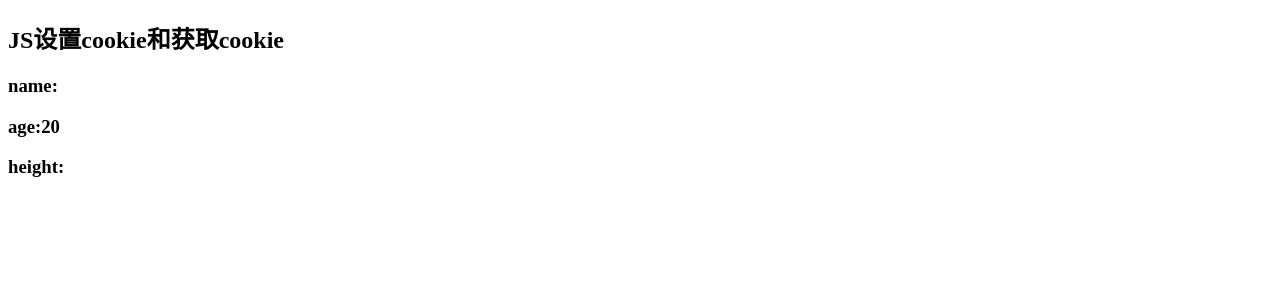
Repository: Gin1217/frontStudy
Page: html/js-cookie.html
The author's editor kept a copy of each file at every save. The page is drawn from the files as they stood at one save, then again after the next save.
The browser window is 1280 px wide. The pictures show the whole page.

Above is the page before, as saved 2021-03-21 23:36:35.

### html/js-cookie.html
<!DOCTYPE html>
<html lang="en">

<head>
    <meta charset="UTF-8">
    <meta http-equiv="X-UA-Compatible" content="IE=edge">
    <meta name="viewport" content="width=device-width, initial-scale=1.0">
    <title>JS设置cookie和获取cookie</title>
</head>

<body>
    <div id="app">
        <h2>JS设置cookie和获取cookie</h2>
        <h3>name:{{name}}</h3>
        <h3>age:{{age}}</h3>
        <h3>height:{{height}}</h3>
    </div>
    <script src="https://cdn.jsdelivr.net/npm/vue/dist/vue.js"></script>
    <script src="/js/js-cookie.js"></script>
    <script src="/js/getPageHeight.js"></script>
    <script>
        const app = new Vue({
            el: '#app',
            data: {
                name: '',
                age: 0,
                height: '',
            },
            created() {
                setCookie('name', 'hello word', 20 * 1000)
                setCookie('age',20)

                this.name = getCookie('name')
                this.age = getCookie('age')
                this.height = getCookie('height')
                console.log(getCookie(' name '))
                console.log(getCookie('age'))
                // console.log(getCookie('height'))
                console.log(getPageHeight('height'));
            },
        })
    </script>
</body>

</html>

### js/js-cookie.js
/**
 * 设置cookie值
 * setCookie(键，值，保存时长（毫秒）)
 * @param name cookie对应名字
 * @param value 该cookie对应的值
 * @param Hours
 */
 function setCookie(name, value, expire) {
    let date = new Date();
    date.setTime(Number(date) + expire);
    document.cookie = name + "=" + escape(value) + (expire == null ? "" : ";expires=" + date.toGMTString())
  }

  /**
   * JS获取Cookie
   * @param name cookie对应名字
   * @returns {string}
   */
  function getCookie (name) {
      if(document.cookie.length > 0) {
          start = document.cookie.indexOf(name + "=")//获取字符串起点
          if(start != -1) {
              start = start + name.length + 1//获取值的起点
              end = document.cookie.indexOf(";",start)//获取结尾处
              if(end == -1) end = document.cookie.length//如果是最后一个，结尾就是cookie字符串的结尾
              return decodeURI(document.cookie.substring(start, end))//获取字符串返回
          }

      }
  return ""
  }

### js/getPageHeight.js
/**
 * 获取⻚⾯⾼度
 * @returns {number} 返回对应⾼度数值
 */
 function getPageHeight(){
    var g = document, a = g.body, f = g.documentElement, d = g.compatMode == "BackCompat"
     ? a
     : g.documentElement;
    return Math.max(f.scrollHeight, a.scrollHeight, d.clientHeight);
    }
    console.log(getPageHeight());

After the next save:
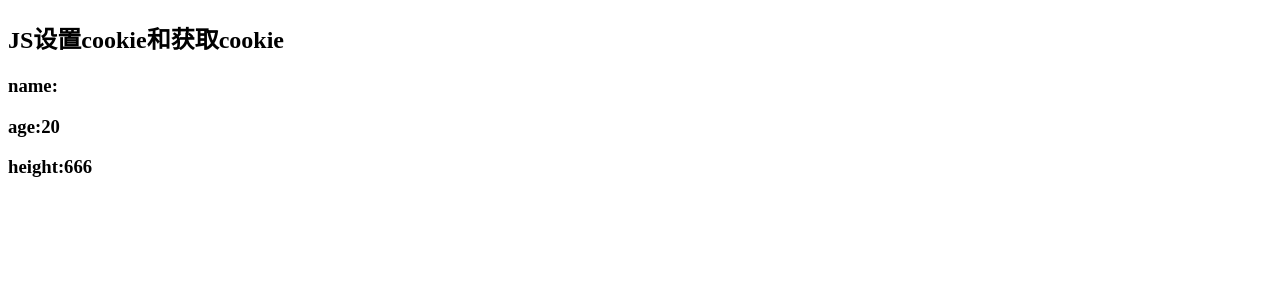
Saved 27 s later.
--- a/html/js-cookie.html
+++ b/html/js-cookie.html
@@ -24,12 +24,12 @@
             data: {
                 name: '',
                 age: 0,
-                height: '',
+                height: 'height',
             },
             created() {
                 setCookie('name', 'hello word', 20 * 1000)
                 setCookie('age',20)
-
+                setCookie('height',666)
                 this.name = getCookie('name')
                 this.age = getCookie('age')
                 this.height = getCookie('height')
